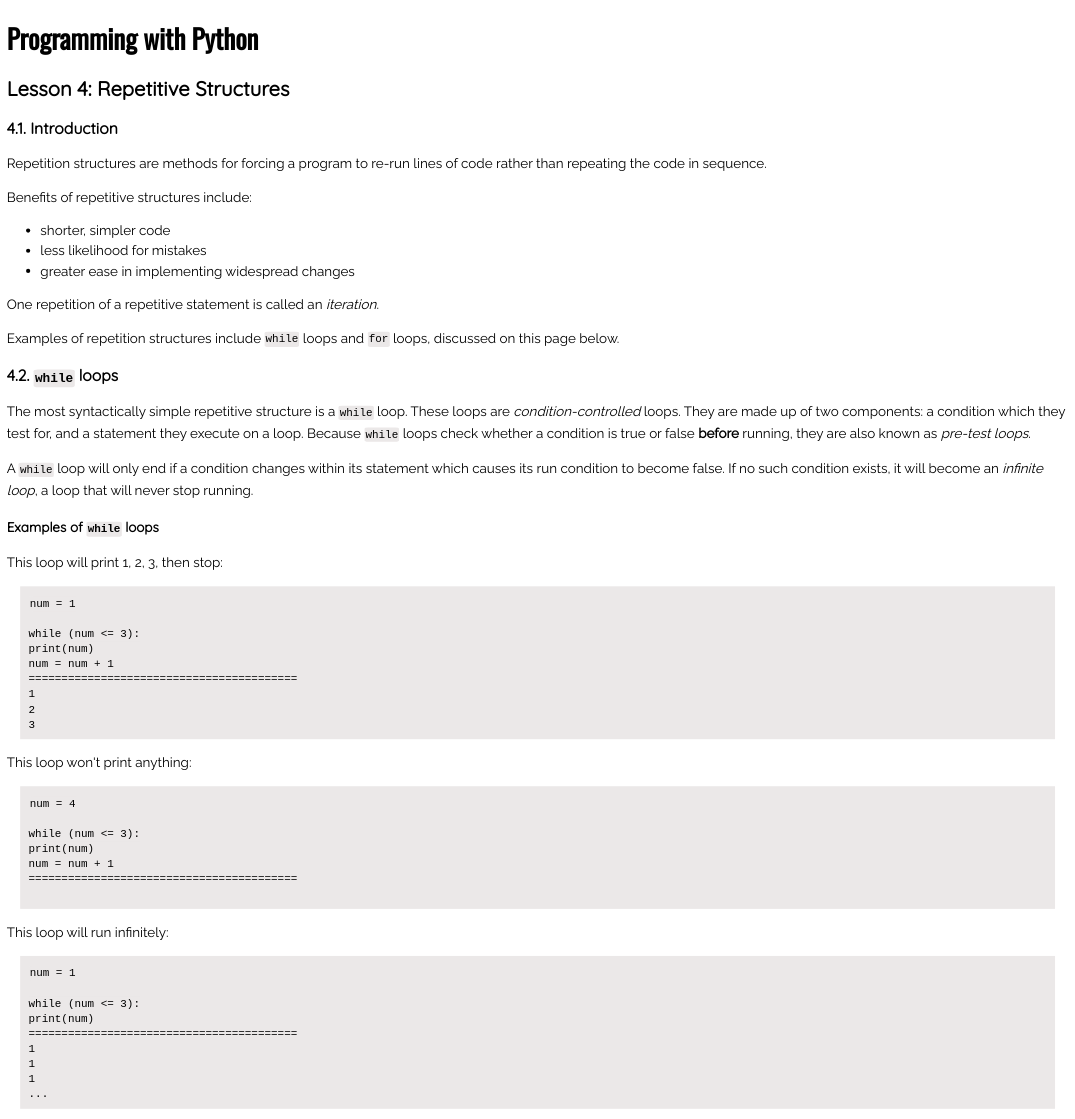
Repository: emnharris/FreeCodeCampChallenges
Page: responsive-web-design/technical-documentation-page/python-tutorial.html
An editor plug-in stored every save of this project. The page is shown before and after the next save, followed by the edit.
The browser window is 1280 px wide. The pictures show the whole page, at 84% of full size.

Above is the page before, as saved 2020-04-16 15:46:16.

### responsive-web-design/technical-documentation-page/python-tutorial.html
<!DOCTYPE html>
<html>
    <head>
        <!--Import fonts-->
        <link href="https://fonts.googleapis.com/css2?family=Oswald&family=Quicksand&family=Raleway&display=swap" rel="stylesheet">

        <!--Import stylesheet-->
        <link rel="stylesheet" type="text/css" href="python-tutorial.css">
    </head>

    <body>
        <title>
            Programming with Python: Repetition Structures
        </title>
        <navbar>

        </navbar>
        <header>
            <h1>Programming with Python</h1>
            <h2>Lesson 4: Repetitive Structures</h2>
        </header>
        <main>
            <section id="intro">
                <h3>4.1. Introduction </h3>
                <p>Repetition structures are methods for forcing a program to re-run lines of code rather than repeating the code in sequence.</p>

                <p>Benefits of repetitive structures include:</p>
                <ul>
                    <li>shorter, simpler code</li>
                    <li>less likelihood for mistakes</li>
                    <li>greater ease in implementing widespread changes</li>
                </ul>

                <p>One repetition of a repetitive statement is called an <i>iteration</i>.</p>

                <p>Examples of repetition structures include <code>while</code> loops and <code>for</code> loops, discussed on this page below.</p>
            </section>
            <section id="4.2">
                <h3>4.2. <code>while</code> loops</h3>
                <p>The most syntactically simple repetitive structure is a <code>while</code> loop. These loops are <i>condition-controlled</i> loops. They are made up of two components: a condition which they test for, and a statement they execute on a loop. Because <code>while</code> loops check whether a condition is true or false <b>before</b> running, they are also known as <i>pre-test loops</i>.</p>

                <p>A <code>while</code> loop will only end if a condition changes within its statement which causes its run condition to become false. If no such condition exists, it will become an <i>infinite loop</i>, a loop that will never stop running.</p>

                <h4>Examples of <code>while</code> loops</h4>

                <p>This loop will print 1, 2, 3, then stop:</p>
                <div id="code-block">
                    <code>
                        num = 1
                        <br>
                        <br>while (num <= 3):
                        <br>    print(num)
                        <br>    num = num + 1
                        <br>=========================================
                        <br>1
                        <br>2
                        <br>3
                    </code>
                </div>

                <p>This loop won't print anything:</p>
                <div id="code-block">
                    <code>
                        num = 4
                        <br>
                        <br>while (num <= 3):
                        <br>    print(num)
                        <br>    num = num + 1
                        <br>=========================================
                        <br>
                        <br>
                    </code>
                </div>
                <p>This loop will run infinitely:</p>
                <div id="code-block">
                    <code>
                        num = 1
                        <br>
                        <br>while (num <= 3):
                        <br>    print(num)
                        <br>=========================================
                        <br>1
                        <br>1
                        <br>1
                        <br>...
                    </code>
                </div>
            </section>
        </main>
    </body>
</html>

### responsive-web-design/technical-documentation-page/python-tutorial.css
code {
    background-color: rgb(235, 232, 232);
    padding: .1em;
    border-radius: 10%;
}
#code-block {
    background-color: rgb(235, 232, 232);
    padding: 10px;
    width: auto;
    margin: 1em;
}

h1 {
    font-family: 'Oswald', sans-serif;
}
h2, h3, h4 {
    font-family: 'Quicksand', sans-serif;
}
p, li {
    font-family: 'Raleway', sans-serif;
    line-height: 1.5em;
}

After the next save:
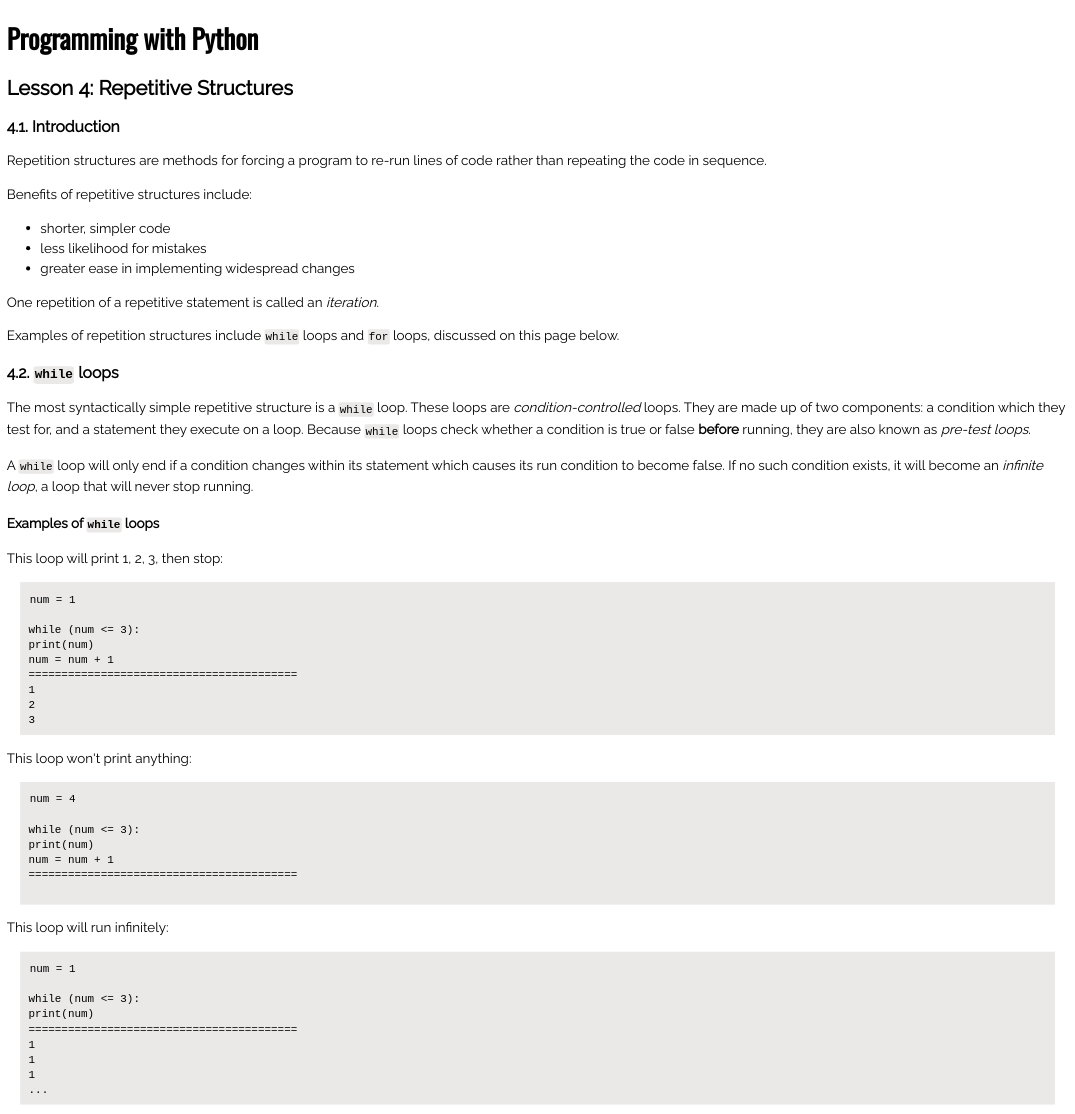
Saved 24 s later.
--- a/responsive-web-design/technical-documentation-page/python-tutorial.css
+++ b/responsive-web-design/technical-documentation-page/python-tutorial.css
@@ -14,7 +14,7 @@
     font-family: 'Oswald', sans-serif;
 }
 h2, h3, h4 {
-    font-family: 'Quicksand', sans-serif;
+    font-family: 'Raleway', sans-serif;
 }
 p, li {
     font-family: 'Raleway', sans-serif;

After the save that followed:
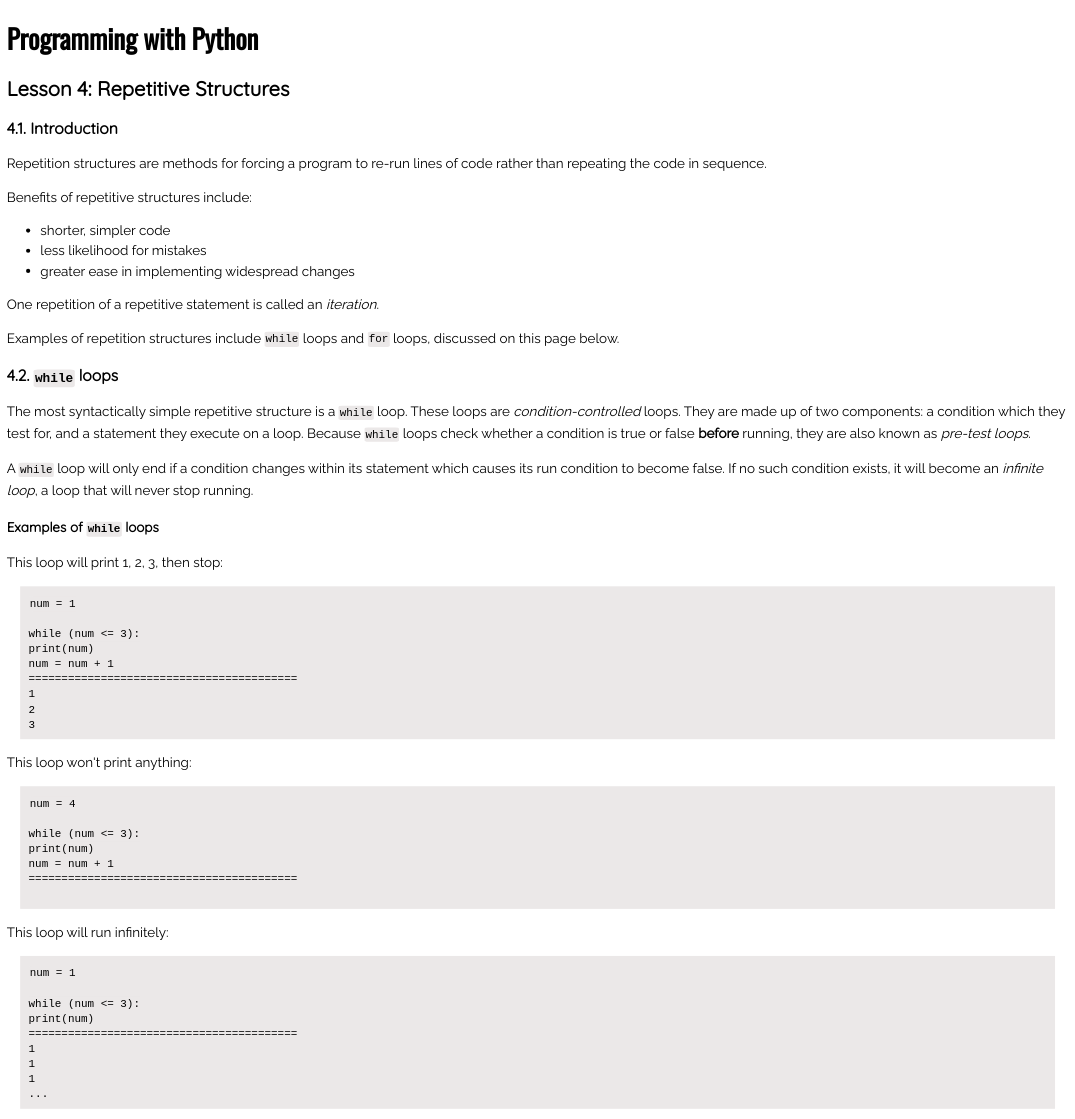
Saved 5 min 22 s later.
--- a/responsive-web-design/technical-documentation-page/python-tutorial.css
+++ b/responsive-web-design/technical-documentation-page/python-tutorial.css
@@ -14,9 +14,14 @@
     font-family: 'Oswald', sans-serif;
 }
 h2, h3, h4 {
-    font-family: 'Raleway', sans-serif;
+    font-family: 'Quicksand', sans-serif;
 }
 p, li {
     font-family: 'Raleway', sans-serif;
     line-height: 1.5em;
 }
+
+#logo {
+    height: 2em;
+    width: auto;
+}
